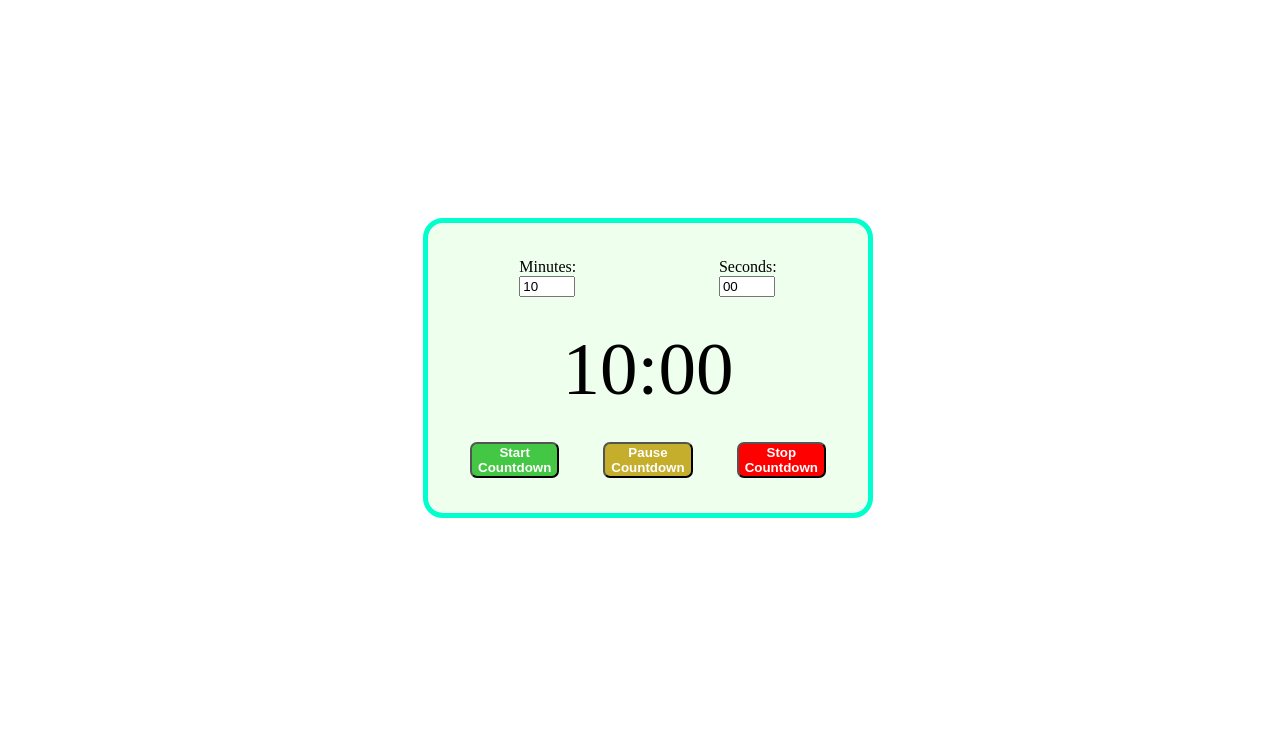
Repository: HavaElboim/elior-gispan.github.io
Page: index.html
These files come from the project's save history. The page is drawn as it stood at one moment and after the next save; the edit follows.
The browser window is 1280 px wide. The page is 1288 px wide, so the pictures cover 1288 px, including what lies to the right of the window. The pictures show the whole page.

Above is the page before, as saved 2021-01-11 19:29:06.
Console error: SyntaxError: Unexpected end of input

After the next save:
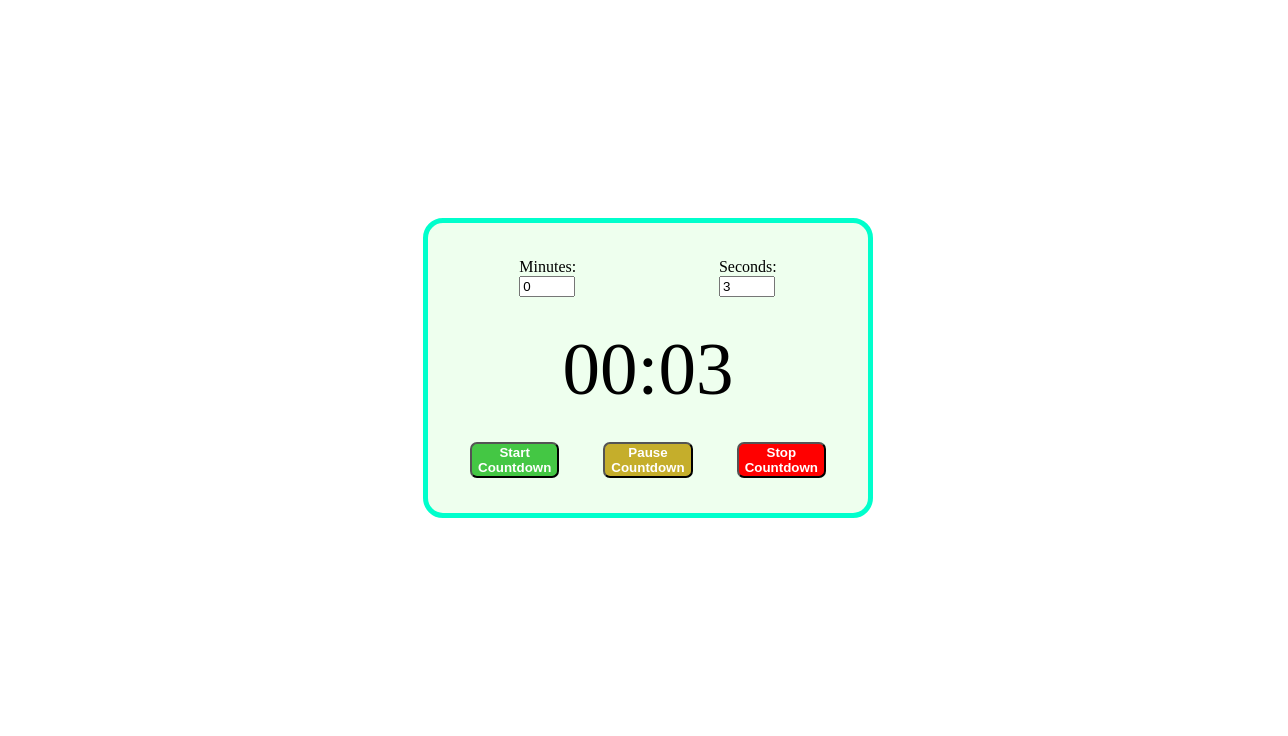
Console error: ReferenceError: startTimer is not defined
Saved 34 s later.
--- a/main.js
+++ b/main.js
@@ -40,74 +40,75 @@ async function showCat() {
   timeDiv.innerHTML = spinnerHtml;
   var json = await res.json();
   timeDiv.innerHTML = `<img src="${json.file}" width="100em" height="100em">`;
-function showCat() {
-  fetch("https://aws.random.cat/meow")
-    .then(function (res) {
-      timeDiv.style.display = "none";
-      catDiv.style.display = "flex";
+  function showCat() {
+    fetch("https://aws.random.cat/meow")
+      .then(function (res) {
+        timeDiv.style.display = "none";
+        catDiv.style.display = "flex";
 
-      catDiv.innerHTML = spinnerHtml;
-      return res.json();
-    })
-    .then(function (json) {
-      catDiv.innerHTML = `<img src="${json.file}" width="100em" height="100em">`;
-      // console.log("cat", catDiv);
-      setTimeout(function () {
-        catDiv.innerHTML = "";
-        catDiv.style.display = "none";
-        timeDiv.style.display = "flex";
-      }, 5000);
-    });
+        catDiv.innerHTML = spinnerHtml;
+        return res.json();
+      })
+      .then(function (json) {
+        catDiv.innerHTML = `<img src="${json.file}" width="100em" height="100em">`;
+        // console.log("cat", catDiv);
+        setTimeout(function () {
+          catDiv.innerHTML = "";
+          catDiv.style.display = "none";
+          timeDiv.style.display = "flex";
+        }, 5000);
+      });
+  }
+
+  function sayMeow() {
+    var meow = new Audio();
+    meow.src = "/elior-gispan.github.io\\meow.mp3";
+    meow.play();
+  }
+
+  function stopTimer() {
+    clearInterval(intervalID);
+    if (gameOver) {
+      // TODO hiding the image of the cat;
+    }
+    minutesInput.disabled = false;
+    secondsInput.disabled = false;
+    setTimer();
+    startButton.disabled = false;
+    startButton.style.backgroundColor = "rgb(68, 199, 68)";
+  }
+
+  function pauseTimer() {
+    clearInterval(intervalID);
+    startButton.disabled = false;
+    startButton.style.backgroundColor = "rgb(68, 199, 68)";
+    minutesInput.disabled = false;
+    secondsInput.disabled = false;
+  }
+
+  function startTimer() {
+    startButton.disabled = true;
+    startButton.style.backgroundColor = "#cccccc";
+    minutesInput.disabled = true;
+    secondsInput.disabled = true;
+    intervalID = setInterval(() => {
+      var seconds = +sec.innerText;
+      var minutes = +min.innerText;
+      if (seconds > 0) {
+        seconds--;
+      } else {
+        if (minutes > 0) {
+          minutes--;
+          seconds = 59;
+          min.innerText = ("0" + minutes).slice(-2);
+        } else {
+          stopTimer();
+          sayMeow();
+          showCat();
+          gameOver = true;
+        }
+      }
+      sec.innerText = ("0" + seconds).slice(-2);
+    }, 1000);
+  }
 }
-
-function sayMeow() {
-  var meow = new Audio();
-  meow.src = "/elior-gispan.github.io\\meow.mp3";
-  meow.play();
-}
-
-function stopTimer() {
-  clearInterval(intervalID);
-  if (gameOver) {
-    // TODO hiding the image of the cat;
-  }
-  minutesInput.disabled = false;
-  secondsInput.disabled = false;
-  setTimer();
-  startButton.disabled = false;
-  startButton.style.backgroundColor = "rgb(68, 199, 68)";
-}
-
-function pauseTimer() {
-  clearInterval(intervalID);
-  startButton.disabled = false;
-  startButton.style.backgroundColor = "rgb(68, 199, 68)";
-  minutesInput.disabled = false;
-  secondsInput.disabled = false;
-}
-
-function startTimer() {
-  startButton.disabled = true;
-  startButton.style.backgroundColor = "#cccccc";
-  minutesInput.disabled = true;
-  secondsInput.disabled = true;
-  intervalID = setInterval(() => {
-    var seconds = +sec.innerText;
-    var minutes = +min.innerText;
-    if (seconds > 0) {
-      seconds--;
-    } else {
-      if (minutes > 0) {
-        minutes--;
-        seconds = 59;
-        min.innerText = ("0" + minutes).slice(-2);
-      } else {
-        stopTimer();
-        sayMeow();
-        showCat();
-        gameOver = true;
-      }
-    }
-    sec.innerText = ("0" + seconds).slice(-2);
-  }, 1000);
-}
